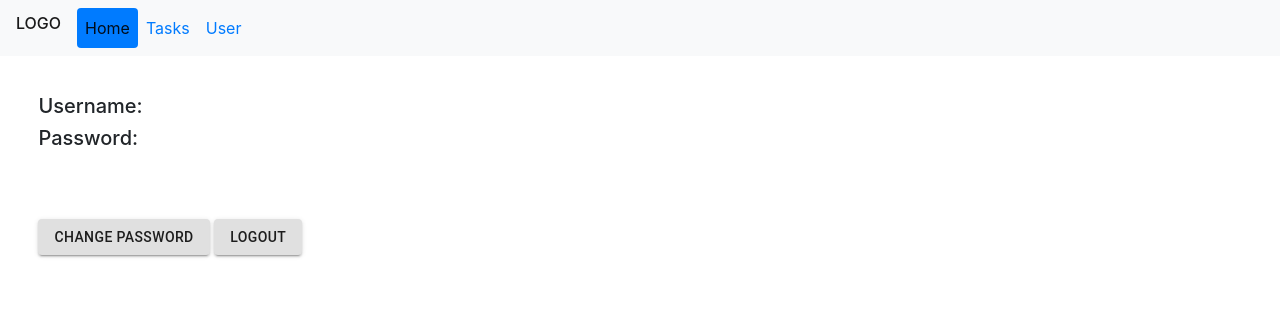
Repository: lalji-yadav/Nimapinfotech-demo-project
Page: /user
An editor plug-in stored every save of this project. The page is shown before and after the next save, followed by the edit.
The browser window is 1280 px wide. The pictures show the whole page.
The project was rebuilt for these pictures with package versions that can differ from the ones it lists, and the page was loaded fresh each time. Also part of the build but not shown: src/components/Home.js, src/components/Tasks.js, src/components/Login.js.

Above is the page before, as saved 2021-01-17 19:45:22.

After the next save:
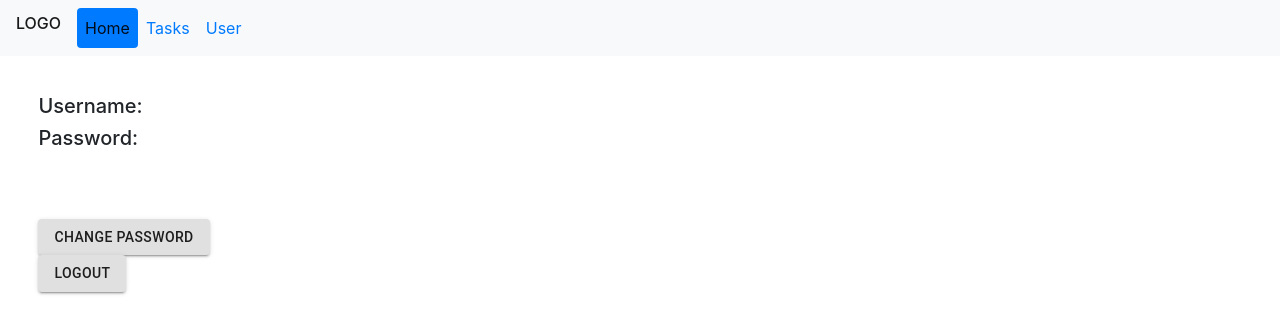
Saved 14 s later.
--- a/src/components/Users.js
+++ b/src/components/Users.js
@@ -15,7 +15,7 @@ const User=()=> {
 
                 <div className="row" style={{marginTop:"5%"}}>
                     <div className="col-sm-4">
-                    <Button className="MuiButton-root" variant="contained">Change password</Button> {'         '}
+                    <Button className="MuiButton-root" variant="contained">Change password</Button> <br />
                     <Button variant="contained">Logout</Button>
                     </div>
 
